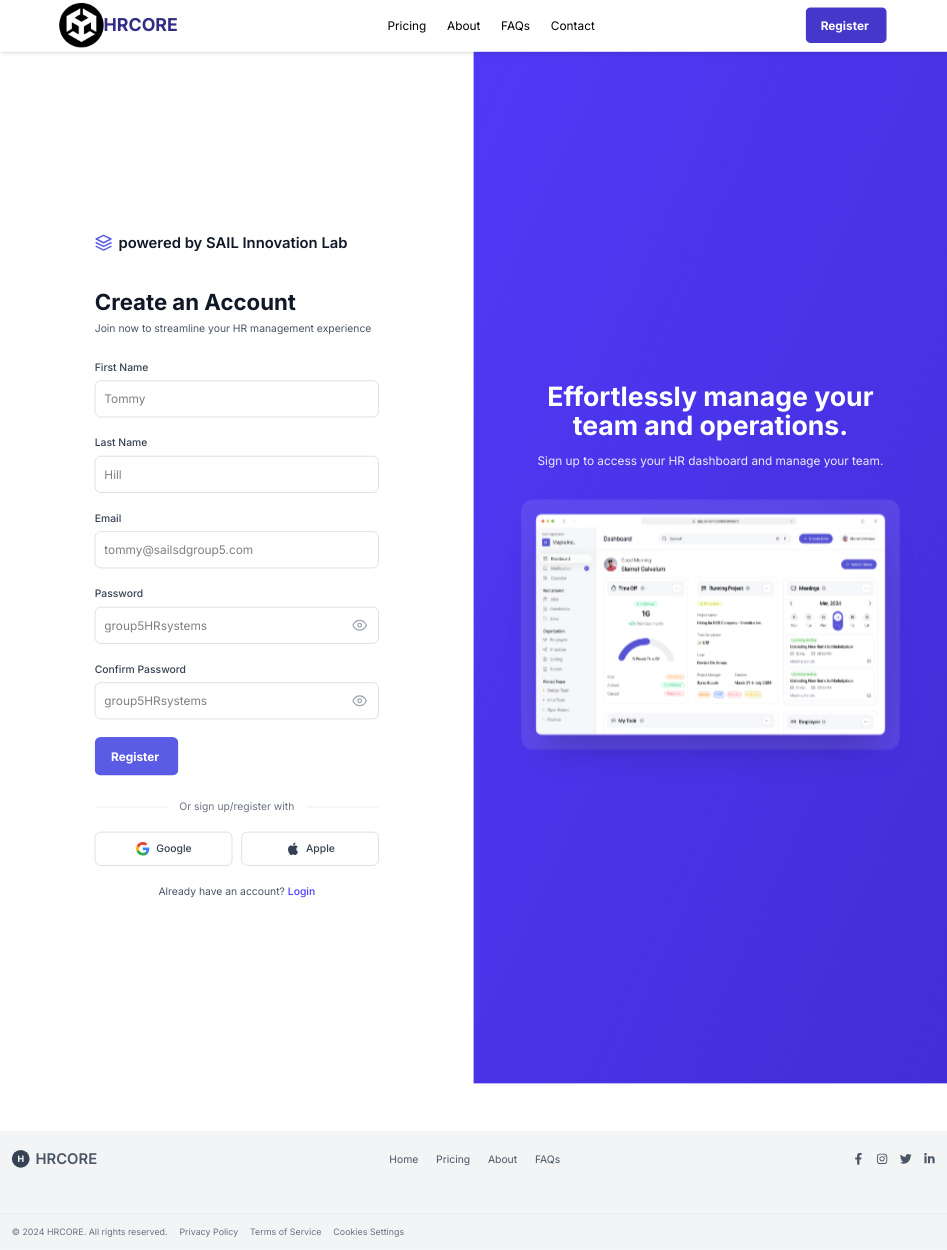
Repository: SAIL-GROUP-5-HR-WEB-APP/HR-WEB
Page: /signup
An editor plug-in stored every save of this project. The page is shown before and after the next save, followed by the edit.
The browser window is 1280 px wide. The pictures show the whole page, at 74% of full size.
The project was rebuilt for these pictures with package versions that can differ from the ones it lists, and the page was loaded fresh each time. Also part of the build but not shown: vite.config.ts, src/Components/Block/home/Hero.tsx, src/Components/Block/home/Companies.tsx, src/Components/Block/home/Body.tsx, src/Components/Block/home/HowItWorks.tsx, src/Components/Block/home/HowOne.tsx, src/Components/Block/home/HowTwo.tsx, src/Components/Block/home/Testimonial.tsx and 8 more.

Above is the page before, as saved 2025-08-11 09:25:14.

After the next save:
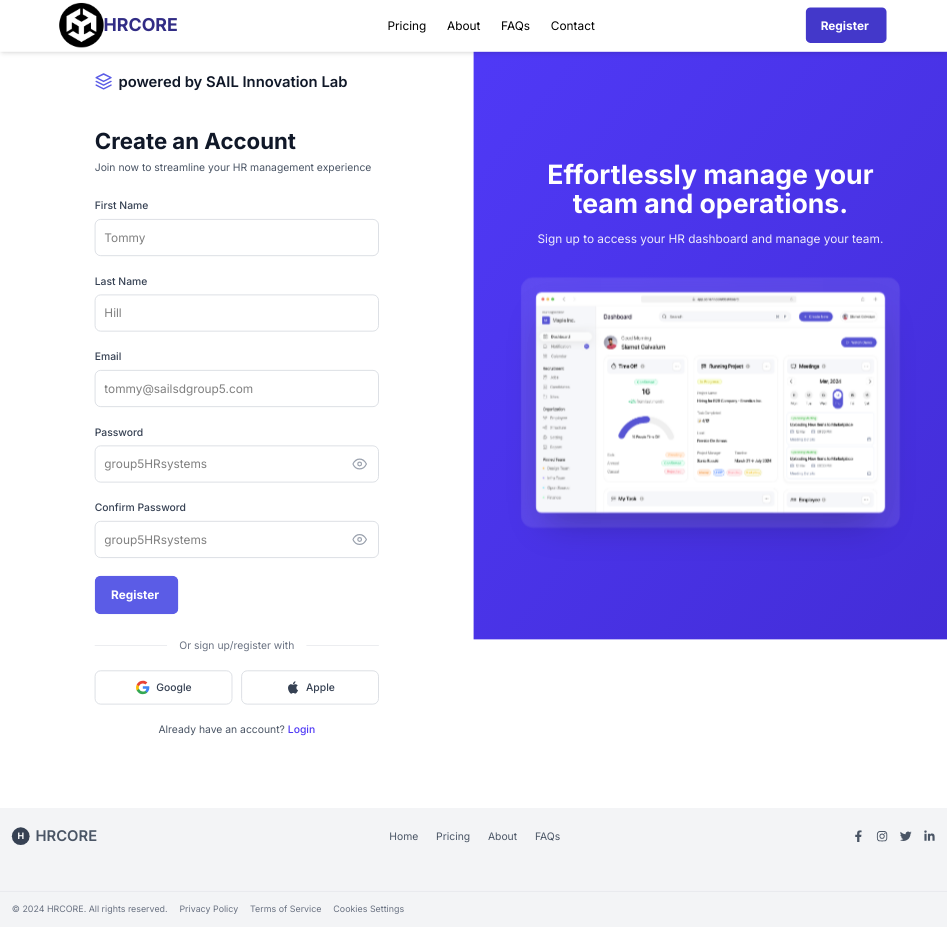
Saved 25 s later.
--- a/src/Pages/SignupPage.tsx
+++ b/src/Pages/SignupPage.tsx
@@ -299,7 +299,7 @@ const SignupPage: React.FC = () => {
       </div>
 
       {/* Image Section */}
-      <div className="lg:w-1/2 w-full bg-gradient-to-br from-indigo-600 to-indigo-700 flex items-center justify-center p-10 h-350 min-h-screen">
+      <div className="lg:w-1/2 w-full bg-gradient-to-br from-indigo-600 to-indigo-700 flex items-center justify-center p-10 h-200 min-h-screen">
         <div className="text-center text-white max-w-lg w-full">
           <h2 className="text-3xl font-bold mb-4 lg:text-4xl">
             Effortlessly manage your team and operations.
